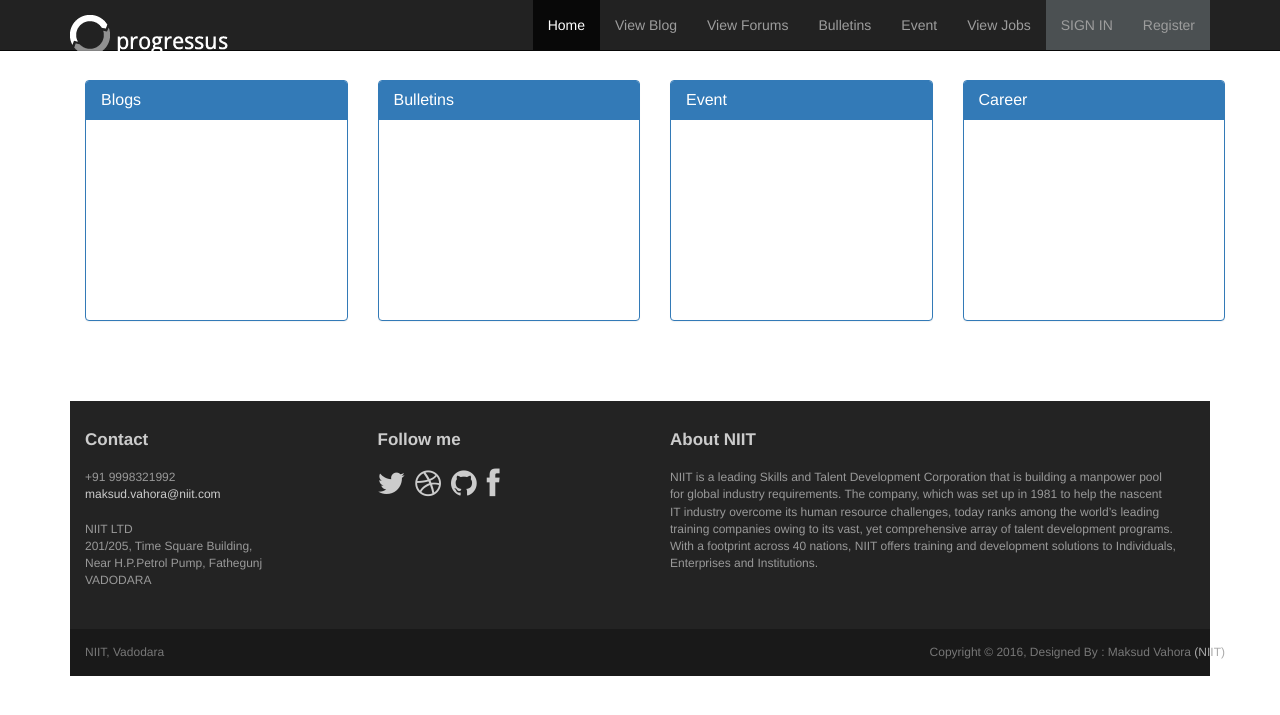
Repository: hemavkulkarni/NIITCollabrationPortal
Page: CollaborationFrontEndJava/src/main/webapp/index.html
The author's editor kept a copy of each file at every save. The page is drawn from the files as they stood at one save, then again after the next save.
The browser window is 1280 px wide. The pictures show the whole page.
The page's requests for data from a server got no answer. Some web fonts or font styles are not loaded; a fallback is used.

Above is the page before, as saved 2016-12-08 06:35:07.

After the next save:
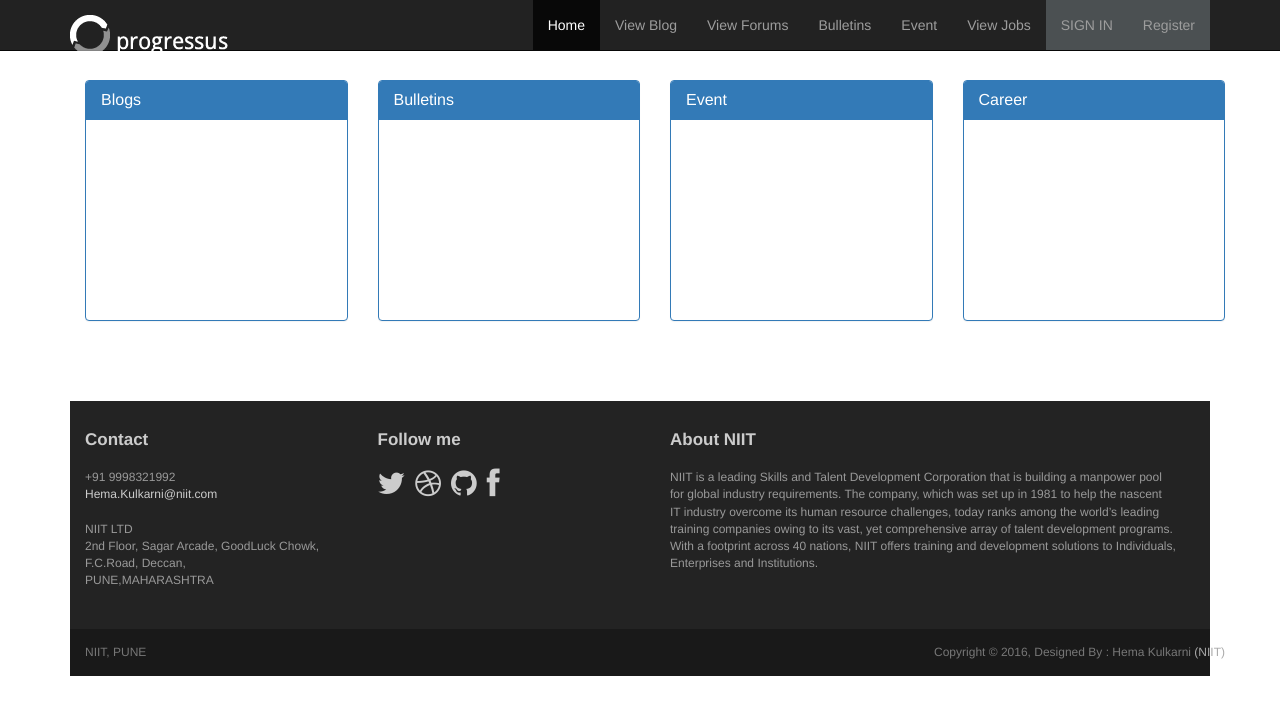
Saved 4 days later.
--- a/CollaborationFrontEndJava/src/main/webapp/index.html
+++ b/CollaborationFrontEndJava/src/main/webapp/index.html
@@ -147,10 +147,11 @@
 						<h3 class="widget-title">Contact</h3>
 						<div class="widget-body">
 							<p>
-								+91 9998321992<br> <a href="mailto:#">maksud.vahora@niit.com</a><br>
-								<br>NIIT LTD <br/>201/205, Time Square Building, <br/>
-								Near H.P.Petrol Pump, Fathegunj<br/>
-								VADODARA
+								+91 9998321992<br> <a href="mailto:#">Hema.Kulkarni@niit.com</a><br>
+								<br>NIIT LTD <br/>2nd Floor, Sagar Arcade, GoodLuck Chowk, <br/>
+								F.C.Road, Deccan,
+								<br/>
+								PUNE,MAHARASHTRA
 							</p>
 						</div>
 					</div>
@@ -185,7 +186,7 @@
 					<div class="col-md-6 widget">
 						<div class="widget-body">
 							<p class="simplenav">
-								NIIT, Vadodara
+								NIIT, PUNE
 							</p>
 						</div>
 					</div>
@@ -193,7 +194,7 @@
 					<div class="col-md-6 widget">
 						<div class="widget-body">
 							<p class="text-right">
-								Copyright &copy; 2016, Designed By : Maksud Vahora
+								Copyright &copy; 2016, Designed By : Hema Kulkarni
 								<a href="#/home" rel="designer">(NIIT)</a>
 							</p>
 						</div>
